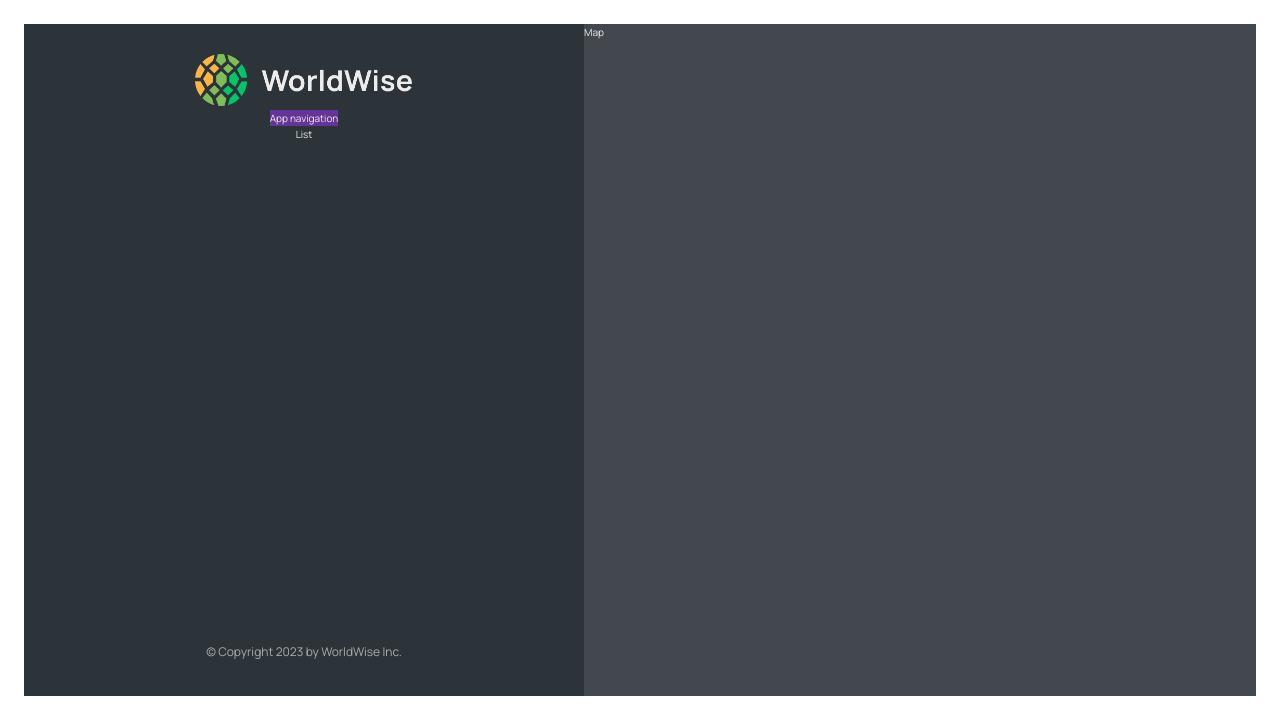
Repository: echoyol/worldwise
Page: /app
These files come from the project's save history. The page is drawn as it stood at one moment and after the next save; the edit follows.
The browser window is 1280 px wide. The pictures show the whole page.
Some web libraries are served in a nearby version. The project was rebuilt for these pictures with package versions that can differ from the ones it lists, and the page was loaded fresh each time. Also part of the build but not shown: vite.config.js, src/pages/Product.module.css, src/components/PageNav.module.css, src/components/PageNav.jsx, src/pages/Product.jsx, src/pages/Homepage.module.css, src/pages/Homepage.jsx, src/pages/PageNotFound.jsx and 3 more.

Above is the page before, as saved 2023-07-16 15:08:37.

### src/App.jsx
import React from 'react'
import { BrowserRouter, Routes, Route } from 'react-router-dom'
import Product from './pages/Product'
import Homepage from './pages/Homepage'
import PageNotFound from './pages/PageNotFound'
import Pricing from './pages/Pricing'
import AppLayout from './pages/AppLayout'
import Login from './pages/Login'

function App() {
  return (
    <BrowserRouter>
      <Routes>
        <Route
          index
          element={<Homepage />}
        />
        <Route
          path='product'
          element={<Product />}
        />
        <Route
          path='pricing'
          element={<Pricing />}
        />
        <Route
          path='login'
          element={<Login />}
        />
        <Route
          path='app'
          element={<AppLayout />}
        >
          <Route
            index
            element={<p>List</p>}
          />
          <Route
            path='cities'
            element={<p>list of cities</p>}
          />
          <Route
            path='countries'
            element={<p>Countries</p>}
          />
          <Route
            path='form'
            element={<p>Form</p>}
          />
        </Route>
        <Route
          path='*'
          element={<PageNotFound />}
        />
      </Routes>
    </BrowserRouter>
  )
}

export default App

### src/pages/AppLayout.jsx
import React from 'react'
import Sidebar from '../components/Sidebar'
import styles from './AppLayout.module.css'
import Map from '../components/Map'
function AppLayout() {
  return (
    <div className={styles.app}>
      <Sidebar />
      <Map />
    </div>
  )
}

export default AppLayout

### src/components/Sidebar.jsx
import React from 'react'
import styles from './Sidebar.module.css'
import Logo from './Logo'
import AppNav from './AppNav'
import Footer from './Footer'
import { Outlet } from 'react-router-dom'

function Sidebar() {
  return (
    <div className={styles.sidebar}>
      <Logo />
      <AppNav />
      <Outlet />
      <Footer />
    </div>
  )
}

export default Sidebar

### src/components/Map.jsx
import React from 'react'
import styles from './Map.module.css'

function Map() {
  return <div className={styles.mapContainer}>Map</div>
}

export default Map

### src/components/Logo.jsx
import styles from './Logo.module.css'
import { Link } from 'react-router-dom'
function Logo() {
  return (
    <Link to='/'>
      <img
        src='/logo.png'
        alt='WorldWise logo'
        className={styles.logo}
      />
    </Link>
  )
}

export default Logo

### src/components/AppNav.jsx
import React from 'react'
import styles from './AppNav.module.css'
function AppNav() {
  return <nav className={styles.nav}>App navigation</nav>
}

export default AppNav

### src/components/Footer.jsx
import React from 'react'
import styles from './Footer.module.css'
function Footer() {
  return (
    <footer className={styles.footer}>
      <p className={styles.copyright}>
        &copy; Copyright {new Date().getFullYear()} by WorldWise Inc.
      </p>
    </footer>
  )
}

export default Footer

### src/components/Map.module.css
.mapContainer {
  flex: 1;
  height: 100%;
  background-color: var(--color-dark--2);
  position: relative;
}

.map {
  height: 100%;
}

/* Here we want to style classes that are coming from leaflet. So we want CSS Modules to give us the ACTUAL classnames, not to add some random ID to them, because then they won't match the classnames defined inside the map. The solution is to define these classes as GLOBAL */
:global(.leaflet-popup .leaflet-popup-content-wrapper) {
  background-color: var(--color-dark--1);
  color: var(--color-light--2);
  border-radius: 5px;
  padding-right: 0.6rem;
}

:global(.leaflet-popup .leaflet-popup-content) {
  font-size: 1.5rem;
  display: flex;
  align-items: center;
  gap: 1rem;
}

:global(.leaflet-popup .leaflet-popup-content span:first-child) {
  font-size: 2.5rem;
  line-height: 1;
}

:global(.leaflet-popup .leaflet-popup-tip) {
  background-color: var(--color-dark--1);
}

:global(.leaflet-popup-content-wrapper) {
  border-left: 5px solid var(--color-brand--2);
}

Loaded but not shown: index.html (common file); src/main.jsx (common file); src/index.css (common file); src/pages/AppLayout.module.css (common file); src/components/Sidebar.module.css (common file); src/components/Logo.module.css (common file); src/components/AppNav.module.css (common file); src/components/Footer.module.css (common file)

After the next save:
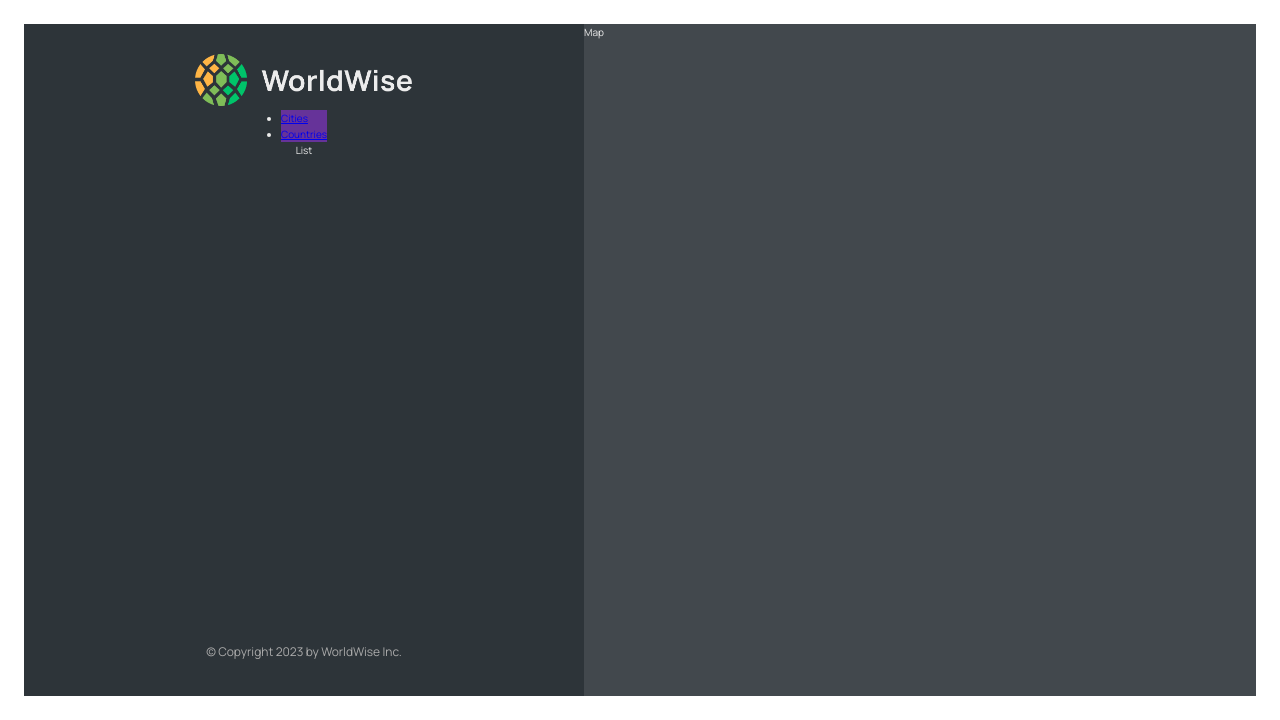
Saved 9 min 6 s later.
--- a/src/components/AppNav.jsx
+++ b/src/components/AppNav.jsx
@@ -1,7 +1,19 @@
 import React from 'react'
 import styles from './AppNav.module.css'
+import { NavLink } from 'react-router-dom'
 function AppNav() {
-  return <nav className={styles.nav}>App navigation</nav>
+  return (
+    <nav className={styles.nav}>
+      <ul>
+        <li>
+          <NavLink to='cities'>Cities</NavLink>
+        </li>
+        <li>
+          <NavLink to='countries'>Countries</NavLink>
+        </li>
+      </ul>
+    </nav>
+  )
 }
 
 export default AppNav
